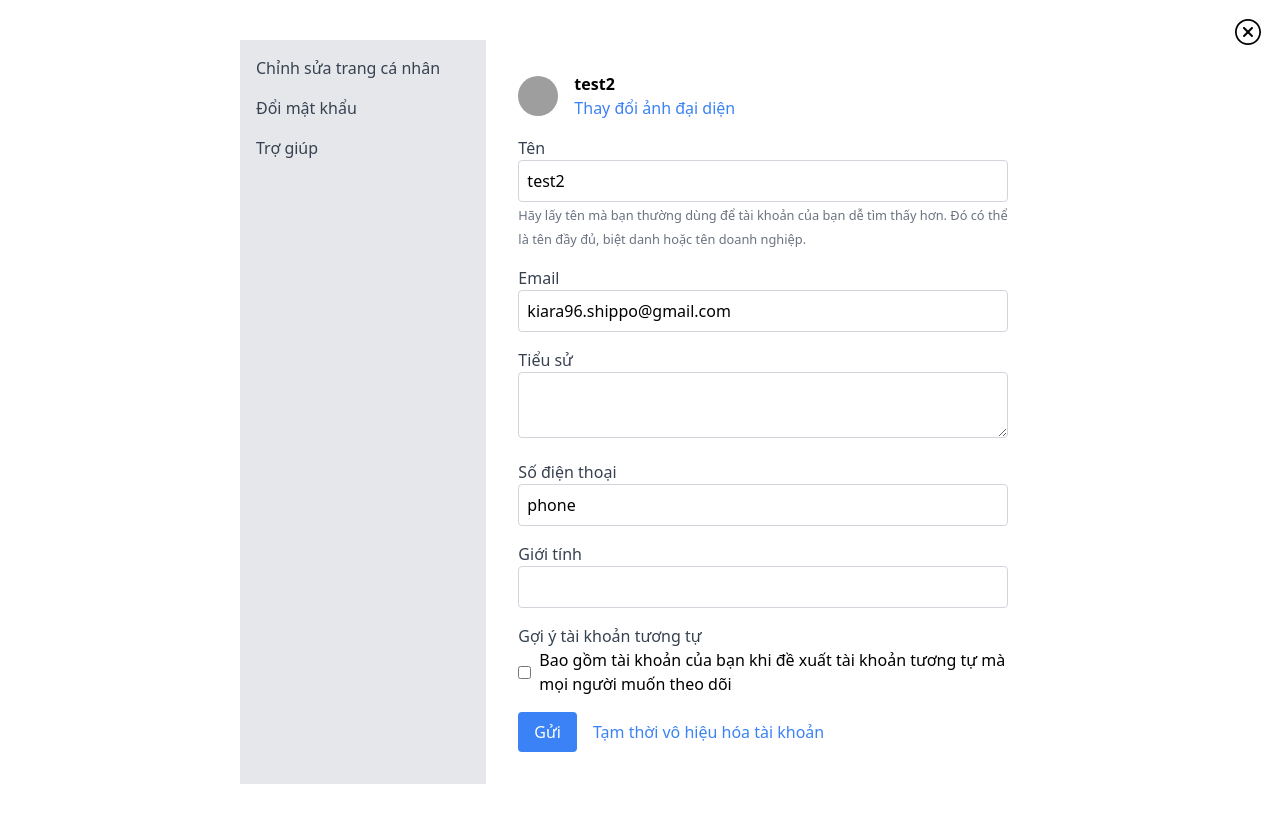
Repository: DangNgocDuong250903/2425_CS445AC_NHOM1
Page: /update_user (app in social_fe/)
The author's editor kept a copy of each file at every save. The page is drawn from the files as they stood at one save, then again after the next save.
The browser window is 1280 px wide. The pictures show the whole page.
Pictures or frames that could not be fetched are drawn as grey boxes. The project was rebuilt for these pictures with package versions that can differ from the ones it lists, and the page was loaded fresh each time. Also part of the build but not shown: social_fe/vite.config.js, social_fe/src/components/Button/index.jsx, social_fe/src/assets/index.js, social_fe/src/components/FriendCard/index.jsx, social_fe/src/components/Loading/index.jsx, social_fe/src/components/PostCard/index.jsx, social_fe/src/components/ProfileCard/index.jsx, social_fe/src/components/TextInput/index.jsx and 8 more.

Above is the page before, as saved 2024-11-05 11:00:43.

After the next save:
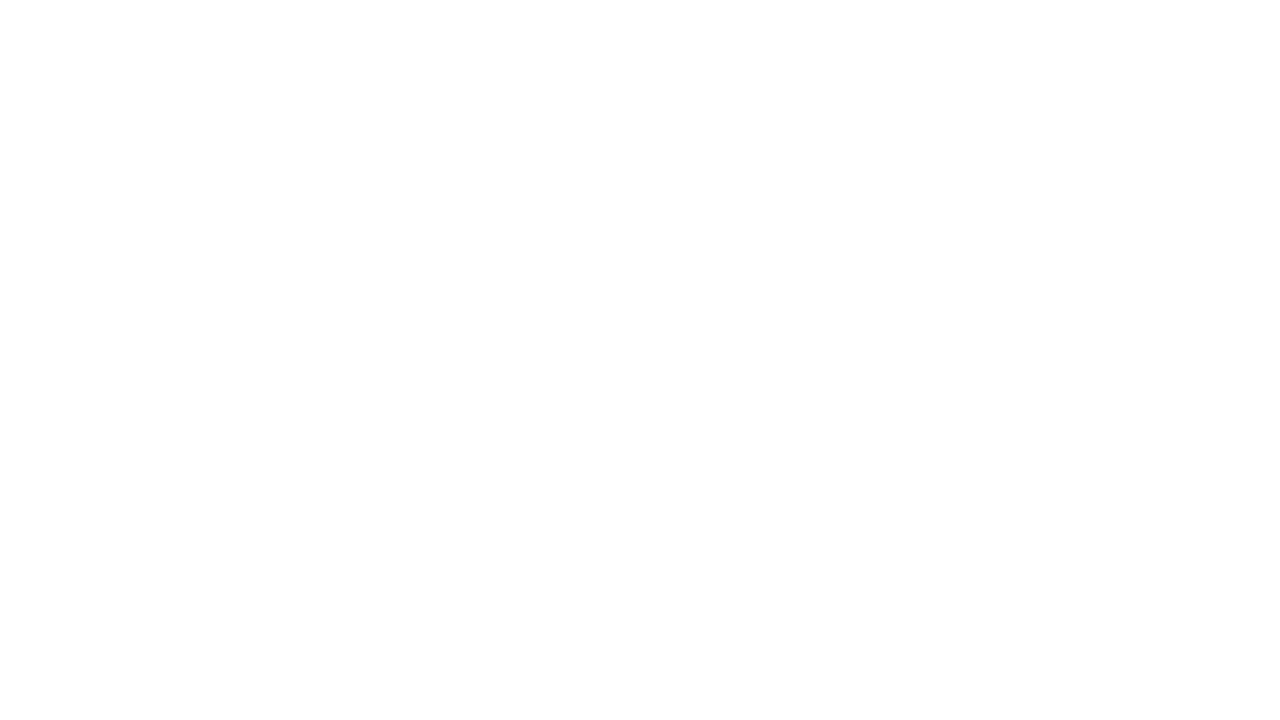
Console error: ReferenceError: useNavigate is not defined
Saved 14 s later.
--- a/social_fe/src/pages/ProfilePage/updateUser.jsx
+++ b/social_fe/src/pages/ProfilePage/updateUser.jsx
@@ -4,6 +4,7 @@ import { IoIosCloseCircleOutline } from "react-icons/io";
 
 const UpdateUser = () => {
     const [selectedLink, setSelectedLink] = useState(null);
+    const navigate = useNavigate()
     const handleLinkClick = (linkIndex) => {
         setSelectedLink(linkIndex);
     };

After the save that followed:
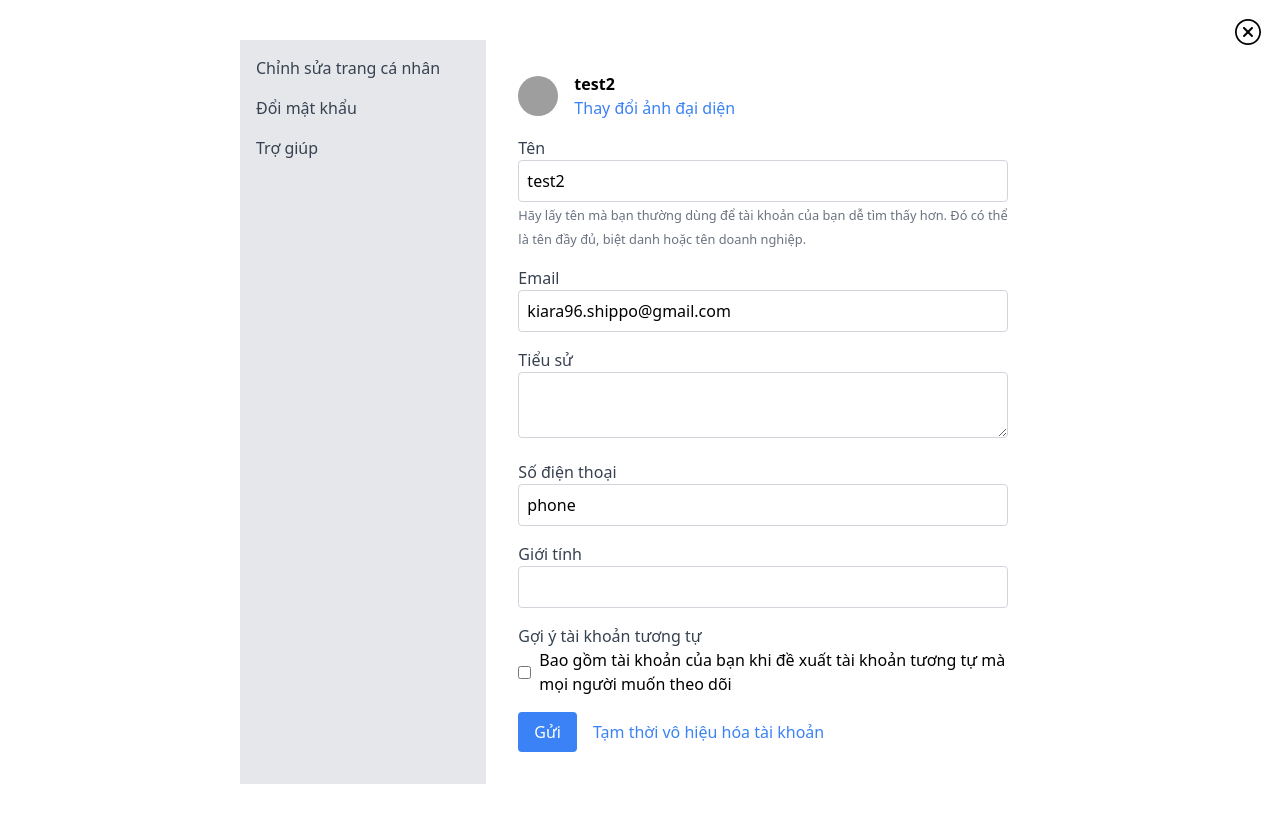
The error is gone.
Saved 4 s later.
--- a/social_fe/src/pages/ProfilePage/updateUser.jsx
+++ b/social_fe/src/pages/ProfilePage/updateUser.jsx
@@ -1,5 +1,5 @@
 import React, { useState } from 'react';
-import { Link } from 'react-router-dom';
+import { Link, useNavigate } from 'react-router-dom';
 import { IoIosCloseCircleOutline } from "react-icons/io";
 
 const UpdateUser = () => {
